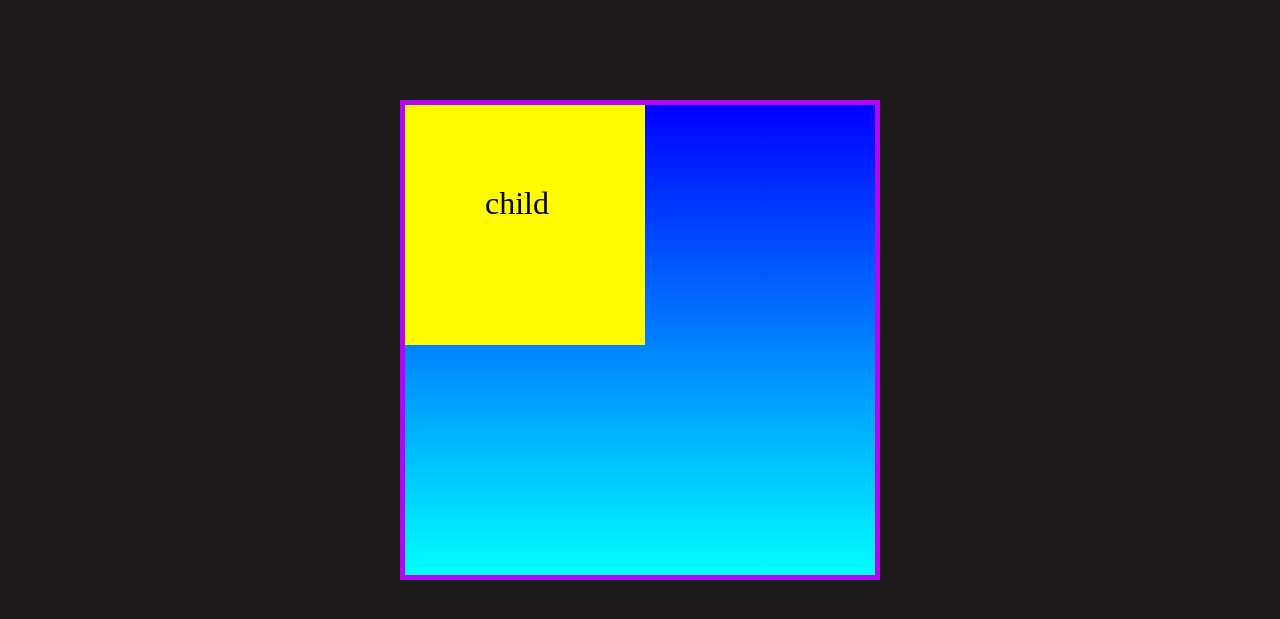
Repository: badhon252/revision
Page: Day-5/index.html
The author's editor kept a copy of each file at every save. The page is drawn from the files as they stood at one save, then again after the next save.
The browser window is 1280 px wide. The pictures show the whole page.

Above is the page before, as saved 2022-02-11 23:05:25.

After the next save:
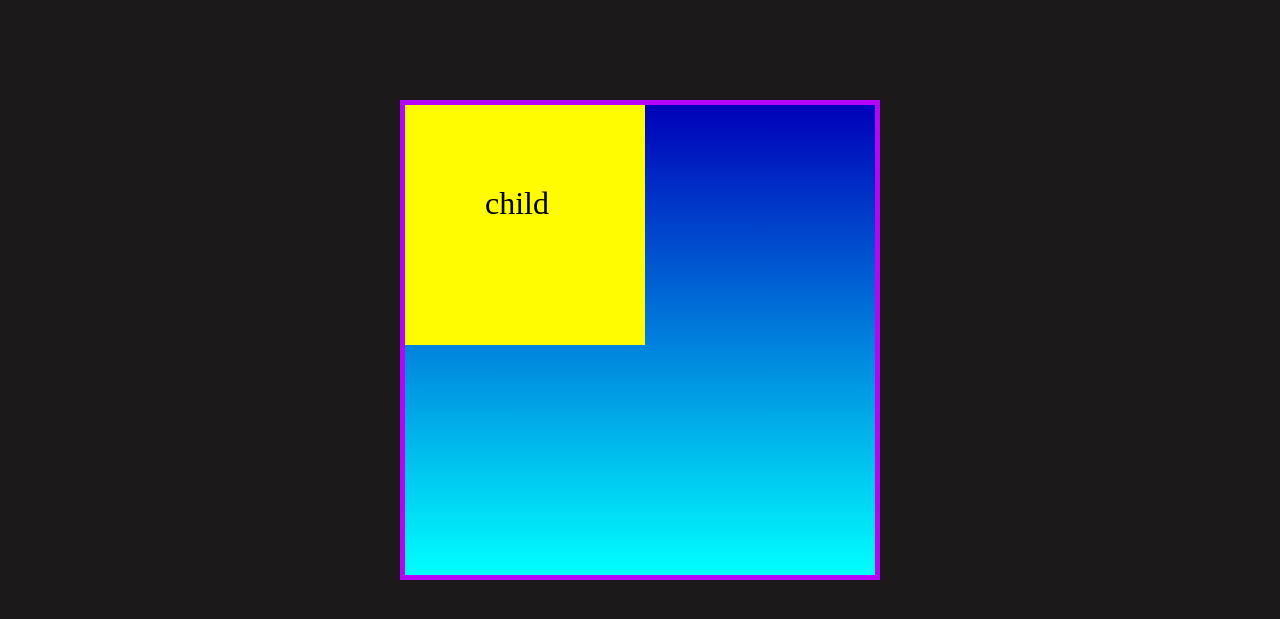
Saved 6 s later.
--- a/Day-5/index.css
+++ b/Day-5/index.css
@@ -8,7 +8,7 @@
 .parent {
   width: 30rem;
   height: 30rem;
-  background-image: linear-gradient(to bottom, blue, cyan);
+  background-image: linear-gradient(to bottom, rgb(0, 0, 185), cyan);
   margin: 100px auto;
   border: 5px solid rgb(180, 5, 250);
 }
